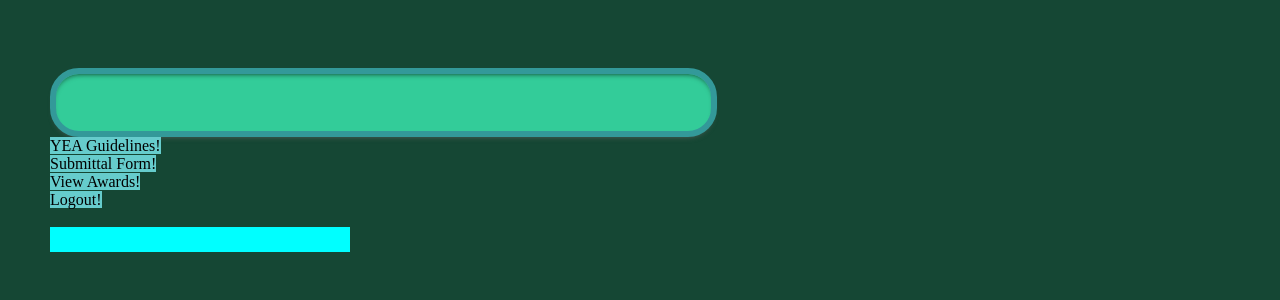
Repository: prajaktamore/Web-Based-Programming-3
Page: http://localhost/BinaryCalculator/entranceEmployee.jsp
An editor plug-in stored every save of this project. The page is shown before and after the next save, followed by the edit.
The browser window is 1280 px wide. The pictures show the whole page.
The page is served by Tomcat 9.

Above is the page before, as saved 2014-05-04 10:42:48.

After the next save:
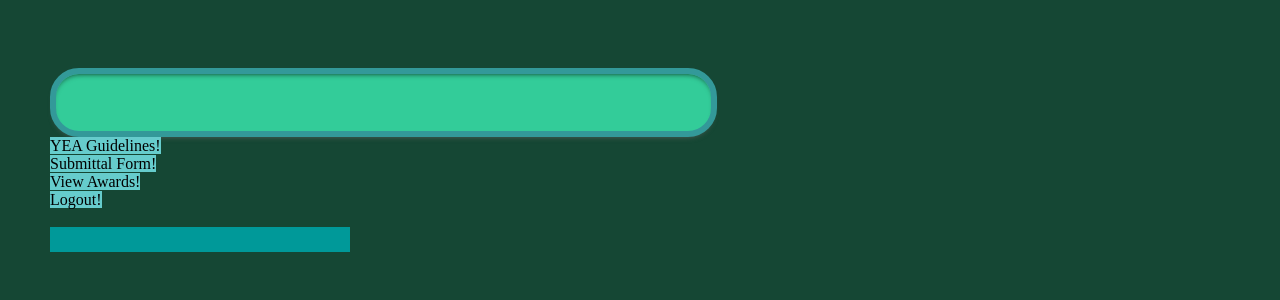
Saved 87 s later.
--- a/BinaryCalculator/WebContent/entranceEmployee.jsp
+++ b/BinaryCalculator/WebContent/entranceEmployee.jsp
@@ -19,8 +19,8 @@
 <br><a href="/BinaryCalculator/Login.jsp">Logout!</a>
 <br>
 <br>
-<FONT SIZE="8" FACE="courier" COLOR=blue>
-<marquee behavior="alternate" direction="up" HEIGHT=25 WIDTH=300 BGColor=cyan ><core:forEach items="${sessionScope.news}" var="dt" varStatus="status">
+<FONT SIZE="8" FACE="courier" COLOR=black>
+<marquee behavior="alternate" direction="up" HEIGHT=25 WIDTH=300 BGColor=#009999 ><core:forEach items="${sessionScope.news}" var="dt" varStatus="status">
 					            <option value="${dt}">${dt}</option>
 					        </core:forEach>
 					        </marquee>
